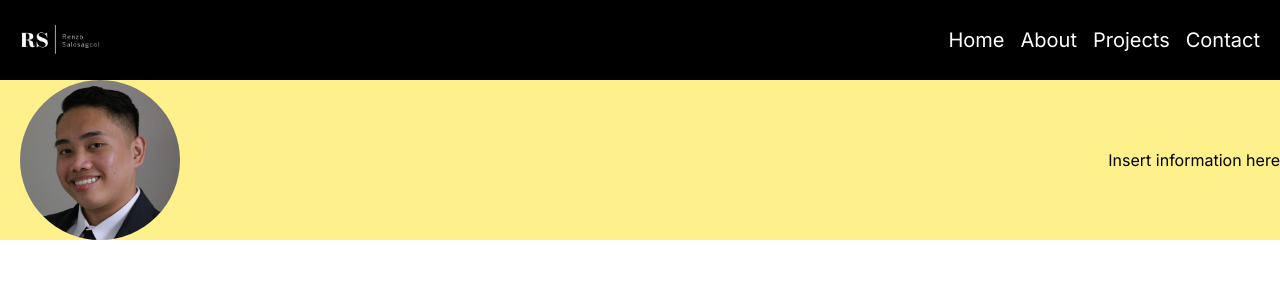
Repository: Renzo-Salosagcol/Portfolio-Website
Page: / (app in resume_website/)
These files come from the project's save history. The page is drawn as it stood at one moment and after the next save; the edit follows.
The browser window is 1280 px wide. The pictures show the whole page.
The project was rebuilt for these pictures with package versions that can differ from the ones it lists, and the page was loaded fresh each time. Also part of the build but not shown: resume_website/vite.config.js.

Above is the page before, as saved 2024-11-21 15:47:12.

After the next save:
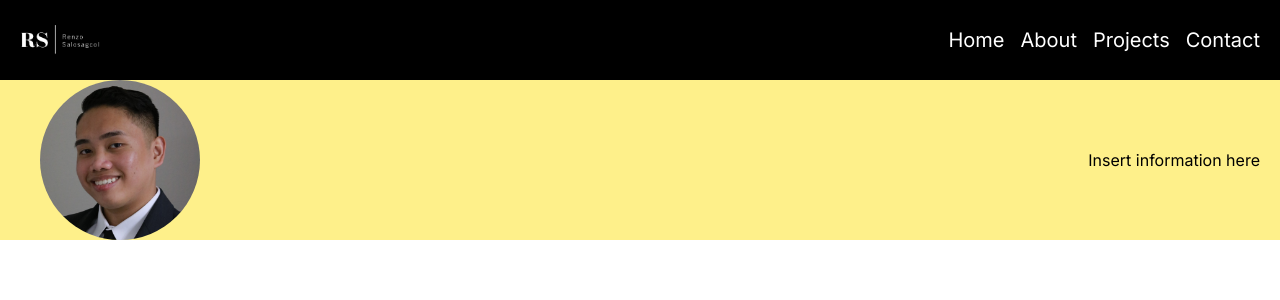
Saved 48 s later.
--- a/resume_website/src/components/Hero.jsx
+++ b/resume_website/src/components/Hero.jsx
@@ -2,7 +2,7 @@ import profilePic from "../assets/ProfilePic.png";
 
 const Hero = () => {
   return (
-    <div className="bg-yellow-200 text-black w-full flex items-center justify-between">
+    <div className="bg-yellow-200 text-black w-full flex items-center justify-between px-5">
       <img src={ profilePic } alt="profile" className="w-40 h-40 rounded-full mx-5"/>
       <div>
         Insert information here
